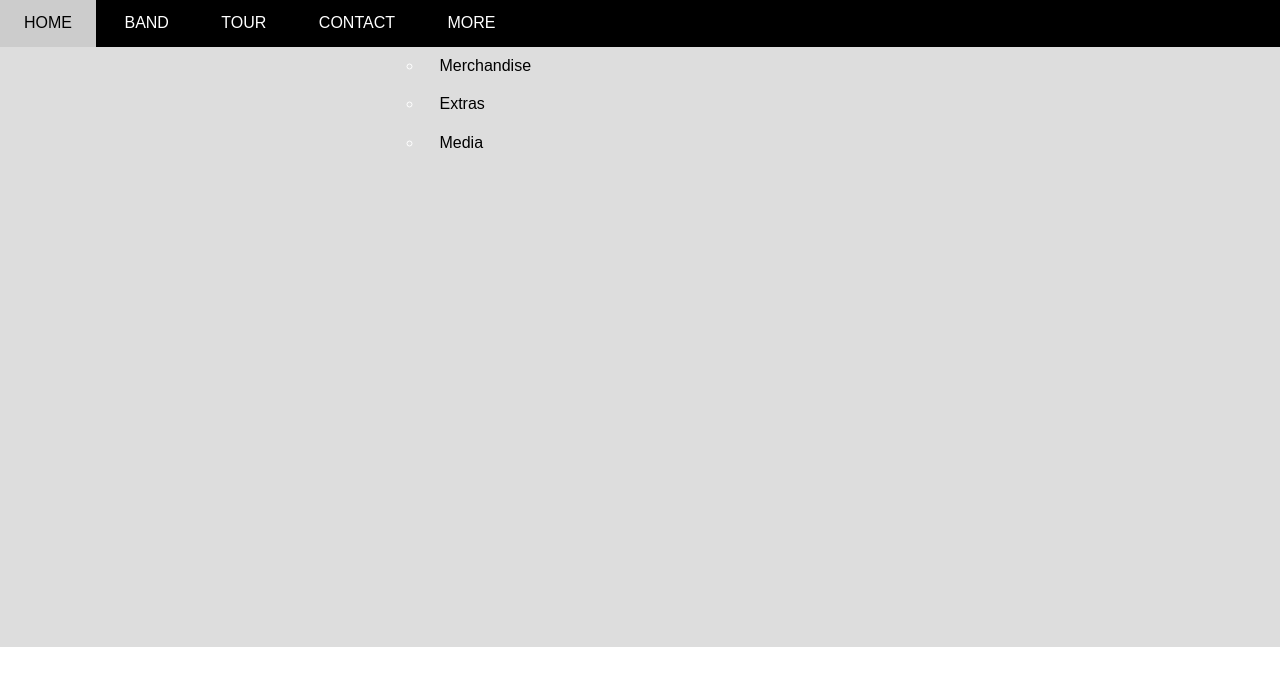
Repository: thanhsonnguyen-gif/f8-learn
Page: index.html
An editor plug-in stored every save of this project. The page is shown before and after the next save, followed by the edit.
The browser window is 1280 px wide. The pictures show the whole page.

Above is the page before, as saved 2022-06-23 11:04:14.

After the next save:
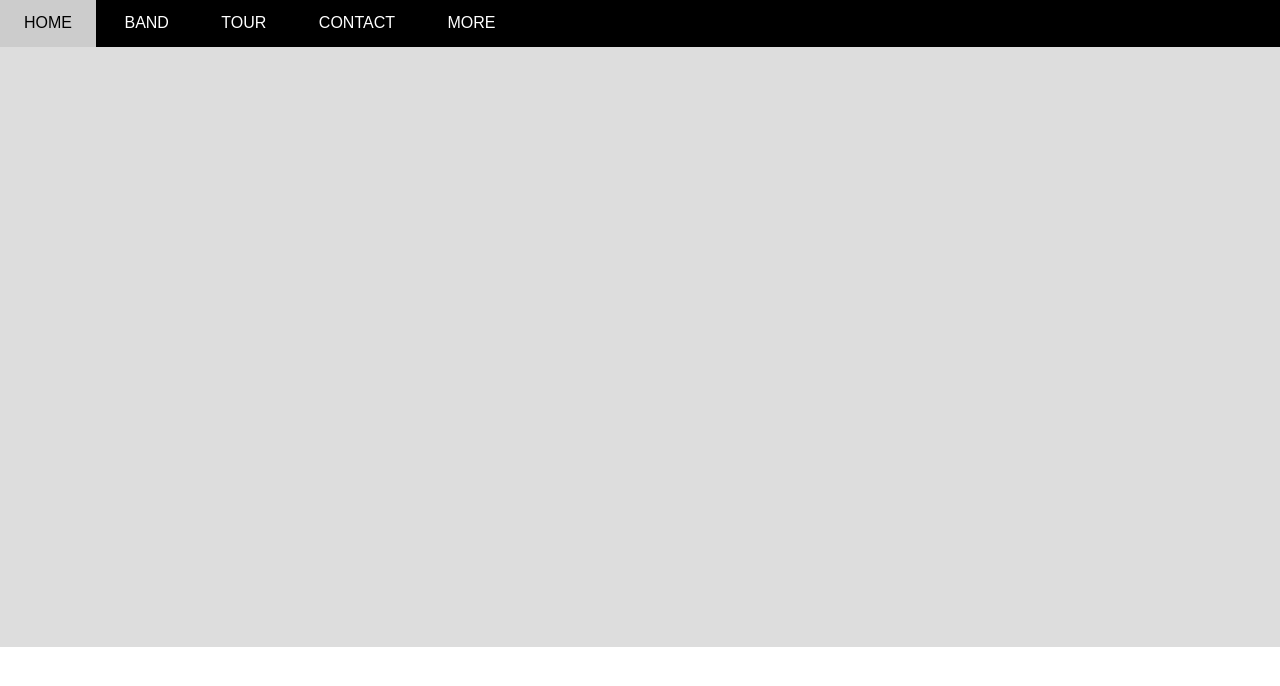
Saved 2 min 24 s later.
--- a/assets/css/style.css
+++ b/assets/css/style.css
@@ -33,9 +33,13 @@
     color: #000;
 }
 
+#nav >li:hover .subnav {
+    display: block;
+}
+
 #nav .subnav {
     position: absolute;
-    /* display: none; */
+    display: none;
 }
 
 #nav .subnav > li > a{
